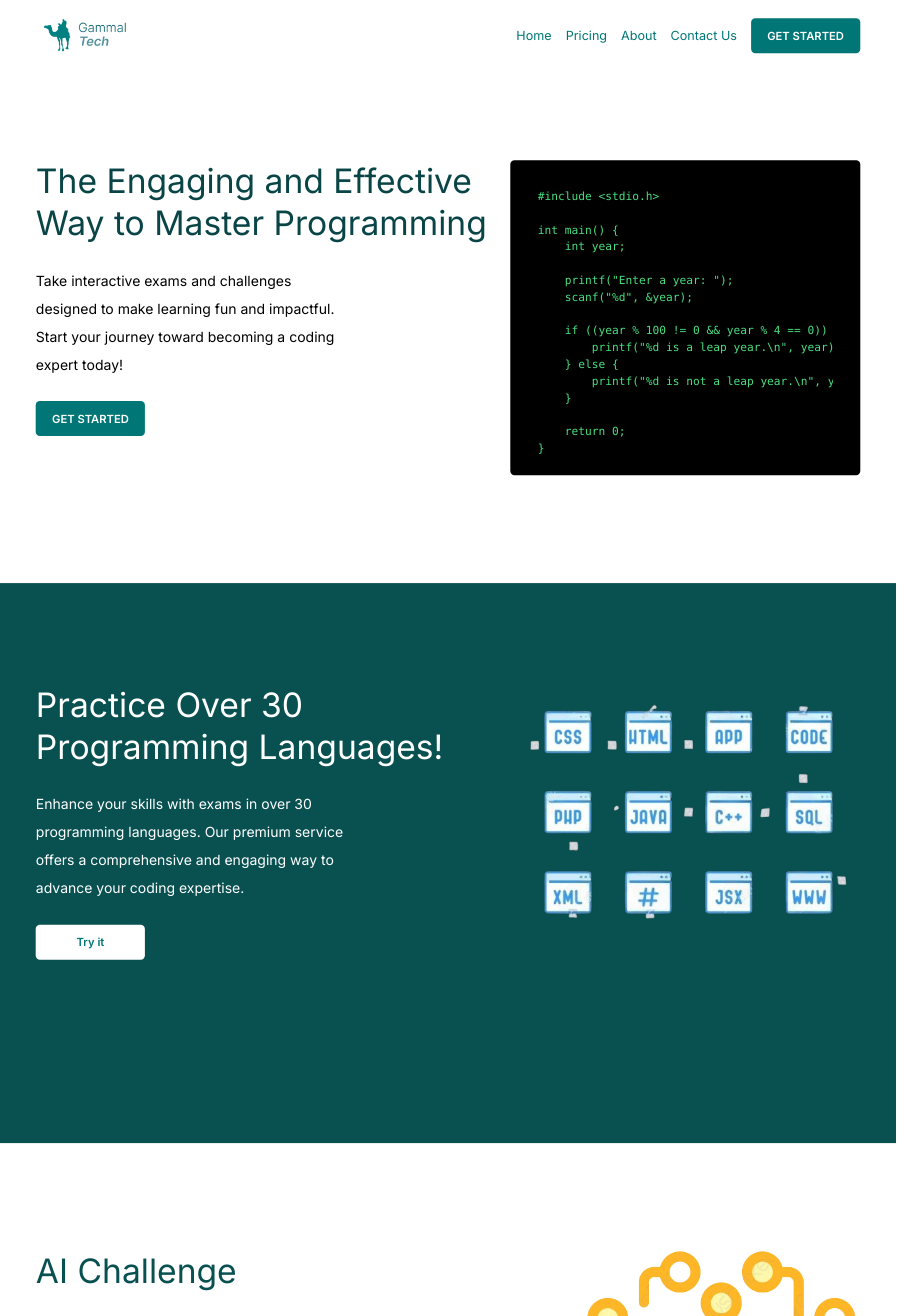
Repository: Ahmed77669/Internship-test
Page: /
The author's editor kept a copy of each file at every save. The page is drawn from the files as they stood at one save, then again after the next save.
The browser window is 1280 px wide. The page is 1311 px wide, so the pictures cover 1311 px, including what lies to the right of the window. The pictures show the part of the page from y = 0 to 1880 px (the page is 5531 px tall before and 5191 px after), at 70% of full size.
The project was rebuilt for these pictures with package versions that can differ from the ones it lists, and the page was loaded fresh each time. The framework's server and built-in components were replaced by stand-ins that run in the browser. Also part of the build but not shown: next.config.mjs.

Above is the page before, as saved 2024-10-14 00:00:17.

After the next save:
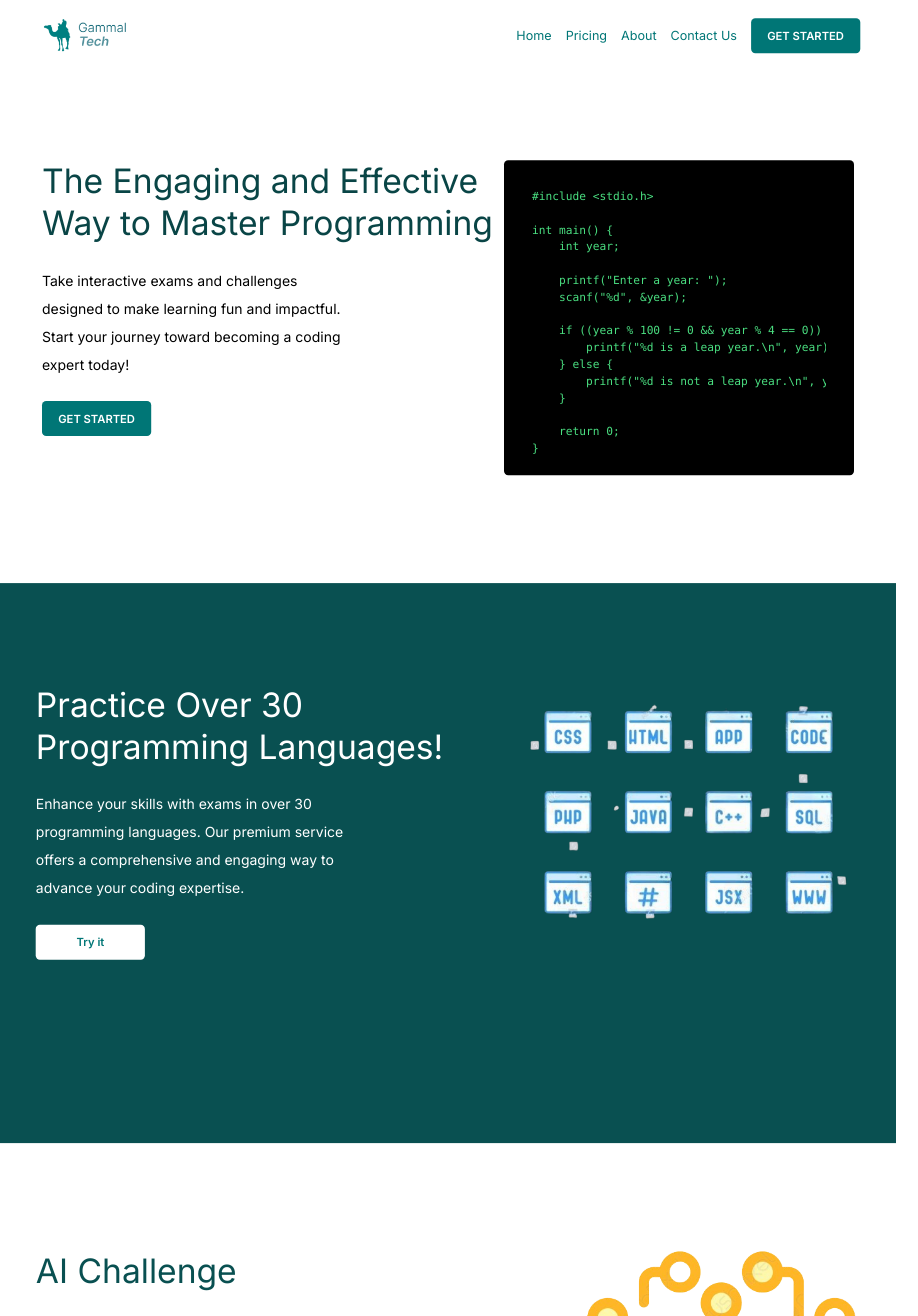
Saved 4 min 9 s later.
--- a/app/globals.css
+++ b/app/globals.css
@@ -25,3 +25,29 @@
     text-wrap: balance;
   }
 }
+
+
+@media (max-width: 1313px) and (min-width: 1026px) {
+  .flex-wrap {
+    flex-direction: row;
+    justify-content: center;
+  }
+
+  iframe {
+    width: 100%;
+    max-width: 360px; /* Ensure that each iframe doesn't exceed a certain width */
+    height: auto;
+  }
+}
+
+@media (max-width: 1025px) {
+  .flex-wrap {
+    flex-direction: column;
+    align-items: center;
+  }
+
+  iframe {
+    width: 90%; /* Reduce the iframe size */
+    max-width: 360px;
+  }
+}
